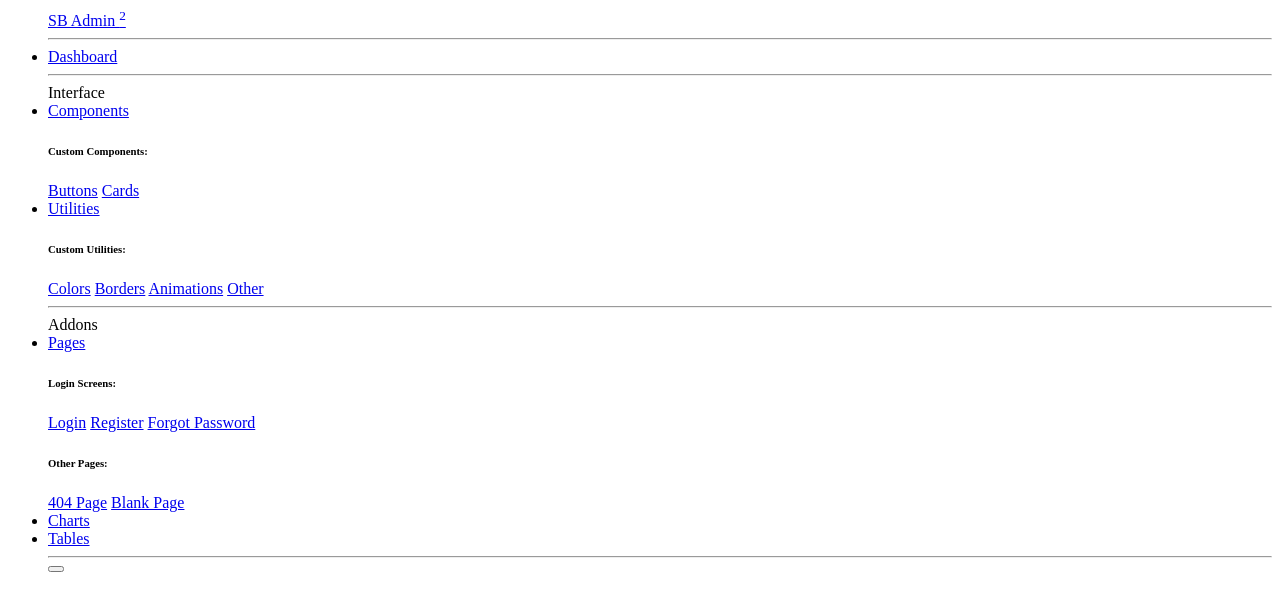
Repository: iamsamitdev/java_class_rd
Page: http://localhost/JavaJSPCRUD/includes/sidebar.jsp
An editor plug-in stored every save of this project. The page is shown before and after the next save, followed by the edit.
The browser window is 1280 px wide. The pictures show the whole page.
The page is served by Tomcat 9.

Above is the page before, as saved 2020-03-12 08:58:18.

After the next save:
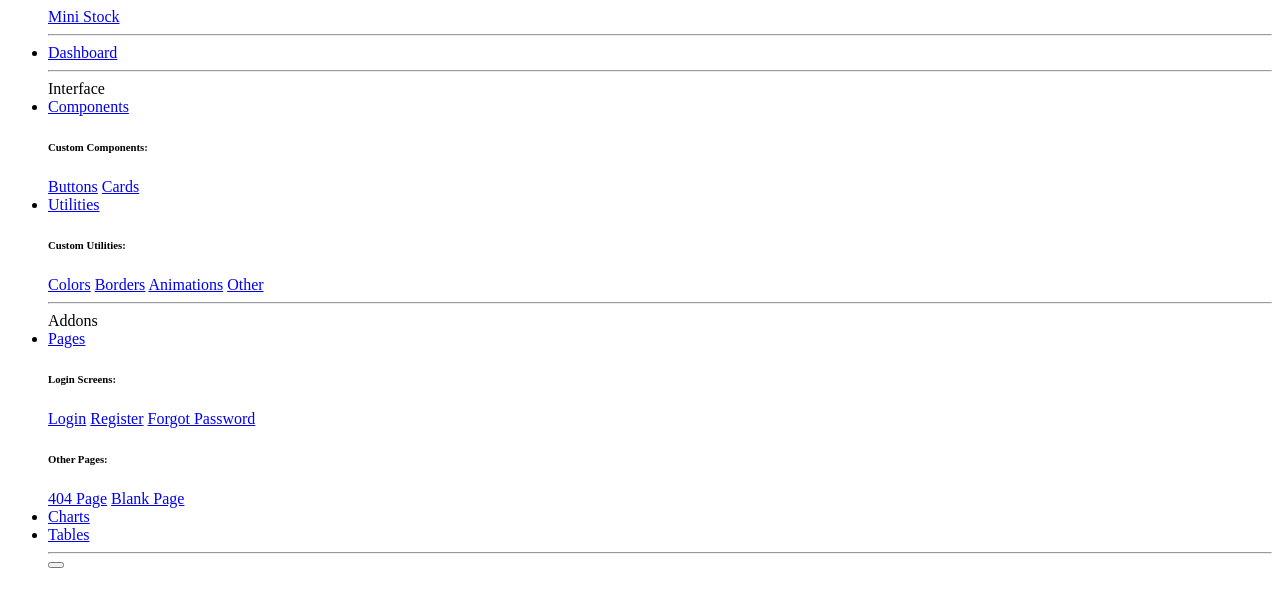
Saved 5 min 31 s later.
--- a/JSP/JavaJSPCRUD/WebContent/includes/sidebar.jsp
+++ b/JSP/JavaJSPCRUD/WebContent/includes/sidebar.jsp
@@ -5,7 +5,7 @@
         <div class="sidebar-brand-icon rotate-n-15">
           <i class="fas fa-laugh-wink"></i>
         </div>
-        <div class="sidebar-brand-text mx-3">SB Admin <sup>2</sup></div>
+        <div class="sidebar-brand-text mx-3">Mini Stock</div>
       </a>
 
       <!-- Divider -->
